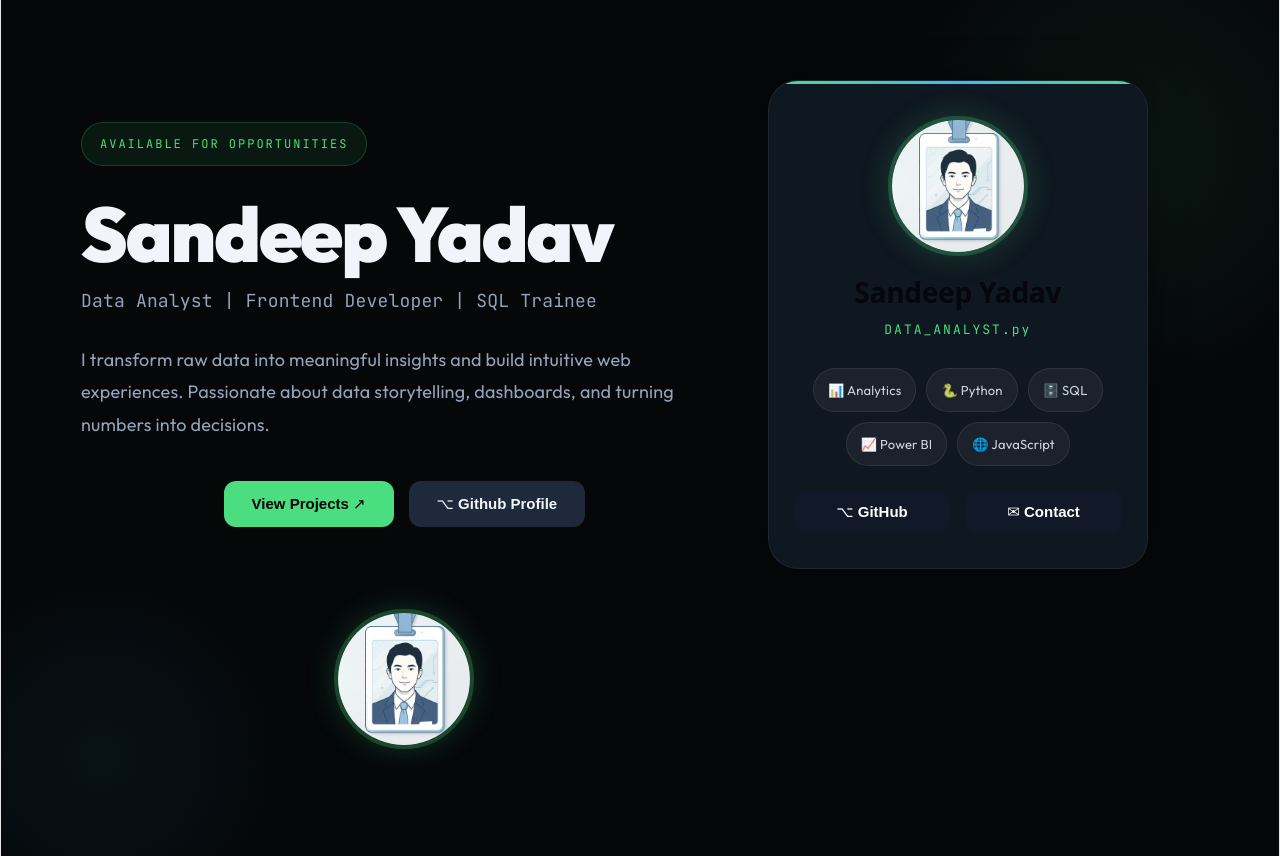
Repository: SandeepYadav18717/sandeepyadav
Page: / (app in Datanaltics_ portfolio/)
The author's editor kept a copy of each file at every save. The page is drawn from the files as they stood at one save, then again after a run of saves.
The browser window is 1280 px wide. The pictures show the whole page.
The project was rebuilt for these pictures with package versions that can differ from the ones it lists, and the page was loaded fresh each time. Also part of the build but not shown: Datanaltics_ portfolio/vite.config.js, Datanaltics_ portfolio/src/App.css.

Above is the page before, as saved 2026-05-23 05:11:31.

### Datanaltics_ portfolio/index.html
<!doctype html>
<html lang="en">
  <head>
    <meta charset="UTF-8" />
    <link rel="icon" type="image/svg+xml" href="/favicon.svg" />
    <meta name="viewport" content="width=device-width, initial-scale=1.0" />
    <title>javascript</title>
  </head>
  <body>
    <div id="root"></div>
    <script type="module" src="/src/main.jsx"></script>
  </body>
</html>

### Datanaltics_ portfolio/src/index.css
:root {
  --text: #6b6375;
  --text-h: #08060d;
  --bg: #fff;
  --border: #e5e4e7;
  --code-bg: #f4f3ec;
  --accent: #aa3bff;
  --accent-bg: rgba(170, 59, 255, 0.1);
  --accent-border: rgba(170, 59, 255, 0.5);
  --social-bg: rgba(244, 243, 236, 0.5);
  --shadow:
    rgba(0, 0, 0, 0.1) 0 10px 15px -3px, rgba(0, 0, 0, 0.05) 0 4px 6px -2px;

  --sans: system-ui, 'Segoe UI', Roboto, sans-serif;
  --heading: system-ui, 'Segoe UI', Roboto, sans-serif;
  --mono: ui-monospace, Consolas, monospace;

  font: 18px/145% var(--sans);
  letter-spacing: 0.18px;
  color-scheme: light dark;
  color: var(--text);
  background: var(--bg);
  font-synthesis: none;
  text-rendering: optimizeLegibility;
  -webkit-font-smoothing: antialiased;
  -moz-osx-font-smoothing: grayscale;

  @media (max-width: 1024px) {
    font-size: 16px;
  }
}

@media (prefers-color-scheme: dark) {
  :root {
    --text: #9ca3af;
    --text-h: #f3f4f6;
    --bg: #16171d;
    --border: #2e303a;
    --code-bg: #1f2028;
    --accent: #c084fc;
    --accent-bg: rgba(192, 132, 252, 0.15);
    --accent-border: rgba(192, 132, 252, 0.5);
    --social-bg: rgba(47, 48, 58, 0.5);
    --shadow:
      rgba(0, 0, 0, 0.4) 0 10px 15px -3px, rgba(0, 0, 0, 0.25) 0 4px 6px -2px;
  }

  #social .button-icon {
    filter: invert(1) brightness(2);
  }
}

body {
  margin: 0;
}

#root {
  width: 1126px;
  max-width: 100%;
  margin: 0 auto;
  text-align: center;
  border-inline: 1px solid var(--border);
  min-height: 100svh;
  display: flex;
  flex-direction: column;
  box-sizing: border-box;
}

h1,
h2 {
  font-family: var(--heading);
  font-weight: 500;
  color: var(--text-h);
}

h1 {
  font-size: 56px;
  letter-spacing: -1.68px;
  margin: 32px 0;
  @media (max-width: 1024px) {
    font-size: 36px;
    margin: 20px 0;
  }
}
h2 {
  font-size: 24px;
  line-height: 118%;
  letter-spacing: -0.24px;
  margin: 0 0 8px;
  @media (max-width: 1024px) {
    font-size: 20px;
  }
}
p {
  margin: 0;
}

code,
.counter {
  font-family: var(--mono);
  display: inline-flex;
  border-radius: 4px;
  color: var(--text-h);
}

code {
  font-size: 15px;
  line-height: 135%;
  padding: 4px 8px;
  background: var(--code-bg);
}

### Datanaltics_ portfolio/src/App.jsx
import { useState } from 'react'

// import heroImg from './assets/hero.png'
import './App.css'
import Button from './Components/button'
import Main_Page from './pages/Main.jsx'
function App() {
  const [count, setCount] = useState(0)

  return (
    <>
    <Main_Page />
     </>
  )}
export default App

### Datanaltics_ portfolio/src/Components/button.jsx
function Button({id, text, onClick }) {
  return (
    <button id={id}onClick={onClick} className="btn">
      {text}
    </button>
  );
}
export default Button;

### Datanaltics_ portfolio/src/pages/Main.jsx
import Button from "../Components/button";
import "../Css/Main.css";
import photo from "../assets/image.png";

function Main_Page() {

  return (

    <div className="main-page">

      {/* LEFT SECTION */}
      <div className="left-section">

        <div id="Heading_1">
          Available for opportunities
        </div>

        <div id="Name">
          Sandeep Yadav
        </div>

        <div id="Heading_2">
          Data Analyst | Frontend Developer | SQL Trainee
        </div>

        <p id="Description">
          I transform raw data into meaningful insights and build intuitive web
          experiences. Passionate about data storytelling, dashboards, and
          turning numbers into decisions.
        </p>

        <Button
          text="View Projects ↗"
          onClick={() =>
            window.open("https://github.com/SandeepYadav18717")
          }
        />
        <Button
    id="Github"
    text="⌥ Github Profile"
    onClick={() =>
      window.open("https://github.com/SandeepYadav18717")
    }
  />

      </div>
{/* RIGHT SECTION */}
<div className="profile-card">

  <img
    src={photo}
    alt="Profile"
    id="Photo"
  />

  <h2 className="profile-name">
    Sandeep Yadav
  </h2>

  <p className="profile-role">
    DATA_ANALYST.py
  </p>

  {/* SKILLS */}
  <div className="skill-tags">

    <span>📊 Analytics</span>

    <span>🐍 Python</span>

    <span>🗄️ SQL</span>

    <span>📈 Power BI</span>

    <span>🌐 JavaScript</span>

  </div>

  {/* BUTTONS */}
  <div className="profile-buttons">

    <button
      className="github-btn"
      onClick={() =>
        window.open(
          "https://github.com/SandeepYadav18717"
        )
      }
    >
      ⌥ GitHub
    </button>

    <button className="contact-btn">
      ✉ Contact
    </button>

  </div>

</div>

      <div className="photo">

        <img
          src={photo}
          alt="Profile"
          id="Photo"
        />

      </div>

    </div>

  );
}

export default Main_Page;

### Datanaltics_ portfolio/src/Css/Main.css
/* GOOGLE FONT */
@import url("https://fonts.googleapis.com/css2?family=Outfit:wght@300;400;500;700;900&family=JetBrains+Mono:wght@400;700&display=swap");

* {
    margin: 0;
    padding: 0;
    box-sizing: border-box;
}

html,
body,
#root {
    width: 100%;
    min-height: 100vh;
    overflow-x: hidden;
    background: #050709;
    color: #f1f5f9;
    font-family: "Outfit", sans-serif;
}

.main-page {
    min-height: 100vh;
    width: 100%;
    display: grid;
    grid-template-columns: 1.2fr 0.8fr;
    align-items: center;
    gap: 40px;
    padding: 80px;
    position: relative;
    overflow: hidden;
    background: #050709;
}

.main-page::before {
    content: "";
    position: absolute;
    width: 500px;
    height: 500px;
    top: -100px;
    right: -100px;
    border-radius: 50%;
    background: radial-gradient(circle,
            rgba(74, 222, 128, 0.08),
            transparent 70%);
    z-index: 0;
    pointer-events: none;
}

.main-page::after {
    content: "";
    position: absolute;
    width: 400px;
    height: 400px;
    bottom: -100px;
    left: -100px;
    border-radius: 50%;
    background: radial-gradient(circle,
            rgba(56, 189, 248, 0.06),
            transparent 70%);
    z-index: 0;
    pointer-events: none;
}

.main-page * {
    position: relative;
    z-index: 1;
}

.content-left {
    display: flex;
    flex-direction: column;
    justify-content: center;
    align-items: flex-start;
    text-align: left;
}

#Heading_1 {
    width: fit-content;
    background: rgba(74, 222, 128, 0.08);
    border: 1px solid rgba(74, 222, 128, 0.2);
    color: #4ade80;
    padding: 8px 18px;
    border-radius: 50px;
    font-size: 12px;
    font-family: "JetBrains Mono", monospace;
    letter-spacing: 2px;
    text-transform: uppercase;
    margin-bottom: 30px;
}

#Name {
    font-size: clamp(45px, 6vw, 90px);
    font-weight: 900;
    line-height: 1;
    letter-spacing: -2px;
    margin-bottom: 15px;
    word-break: break-word;
    text-align: left;
}

#Heading_2 {
    color: #94a3b8;
    font-size: 18px;
    font-family: "JetBrains Mono", monospace;
    margin-bottom: 30px;
    text-align: left;
}

#Description {
    max-width: 650px;
    color: #94a3b8;
    font-size: 18px;
    line-height: 1.8;
    margin-bottom: 40px;
    text-align: left;
}

.photo-container {
    display: flex;
    justify-content: center;
    align-items: center;
    width: 100%;
}

#Photo {
    width: 100%;
    max-width: 400px;
    height: auto;
    margin-left: 0%;
    aspect-ratio: 1/1;
    border-radius: 30px;
    object-fit: cover;
    box-shadow: 0 0 40px rgba(74, 222, 128, 0.2);
}

button {
    width: fit-content;
    background: #4ade80;
    color: black;
    border: none;
    border-radius: 12px;
    padding: 14px 28px;
    font-size: 15px;
    font-weight: 700;
    cursor: pointer;
    transition: 0.3s;
    margin-left: 0px;
}

button:hover {
    background: #86efac;
    transform: translateY(-3px);
    box-shadow: 0 10px 30px rgba(74, 222, 128, 0.3);
}

#Github {
    background: #1e293b;

    color: #f1f5f9;

    border: none;

    padding: 14px 28px;

    border-radius: 12px;
    font-size: 15px;

    font-weight: 700;

    cursor: pointer;

    transition: 0.3s;

    margin-left: 15px;
}

#Github:hover {
    background: #334155;

    transform: translateY(-3px);

    box-shadow: 0 10px 30px rgba(74, 222, 128, 0.2);
}

@media (max-width: 1024px) {
    .main-page {
        grid-template-columns: 1fr;
        gap: 40px;
        padding: 60px 40px;
    }

    .photo-container {
        justify-content: flex-start;
    }

    #Photo {
        max-width: 320px;
    }
}

@media (max-width: 768px) {
    .main-page {
        padding: 40px 20px;
    }

    #Name {
        font-size: 42px;
        letter-spacing: -1px;
    }

    #Heading_2 {
        font-size: 15px;
    }

    #Description {
        font-size: 16px;
    }

    button {
        width: 100%;
    }

    #Photo {
        max-width: 280px;
    }
}

/* RIGHT CARD */
.profile-card{

  width:100%;

  max-width:380px;

  background:#0f1720;

  border:1px solid rgba(255,255,255,0.06);

  border-radius:30px;

  padding:35px 25px;

  display:flex;

  flex-direction:column;

  align-items:center;

  justify-content:center;

  box-shadow:
  0 0 40px rgba(0,0,0,0.4);

  position:relative;

  overflow:hidden;
}

/* TOP GLOW LINE */
.profile-card::before{

  content:"";

  position:absolute;

  top:0;
  left:0;

  width:100%;
  height:3px;

  background:
  linear-gradient(
  90deg,
  #4ade80,
  #38bdf8,
  #4ade80
  );
}

/* IMAGE */
#Photo{

  width:140px;
  height:140px;

  border-radius:50%;

  object-fit:cover;

  border:4px solid rgba(74,222,128,0.3);

  margin-bottom:20px;

  box-shadow:
  0 0 30px rgba(74,222,128,0.2);
}

/* NAME */
.profile-name{

  font-size:28px;

  font-weight:800;

  margin-bottom:8px;
}

/* ROLE */
.profile-role{

  color:#4ade80;

  font-size:13px;

  font-family:'JetBrains Mono',monospace;

  letter-spacing:2px;

  margin-bottom:25px;
}

/* TAGS */
.skill-tags{

  display:flex;

  flex-wrap:wrap;

  justify-content:center;

  gap:10px;

  margin-bottom:25px;
}

/* SINGLE TAG */
.skill-tags span{

  background:rgba(255,255,255,0.05);

  border:1px solid rgba(255,255,255,0.08);

  padding:8px 14px;

  border-radius:50px;

  font-size:13px;

  color:#cbd5e1;
}

/* BUTTON GROUP */
.profile-buttons{

  width:100%;

  display:flex;

  gap:15px;
}

/* GITHUB BUTTON */
.github-btn{

  flex:1;

  background:#111827;

  color:white;

  border:none;

  padding:12px;

  border-radius:12px;

  font-weight:700;

  cursor:pointer;

  transition:0.3s;
}

.github-btn:hover{

  background:#1f2937;

  transform:translateY(-3px);
}

/* CONTACT BUTTON */
.contact-btn{

  flex:1;

  background:#111827;

  color:white;

  border:none;

  padding:12px;

  border-radius:12px;

  font-weight:700;

  cursor:pointer;

  transition:0.3s;
}

.contact-btn:hover{

  background:#1f2937;

  transform:translateY(-3px);
}

Loaded but not shown: Datanaltics_ portfolio/src/main.jsx (common file)

After the next 2 saves:
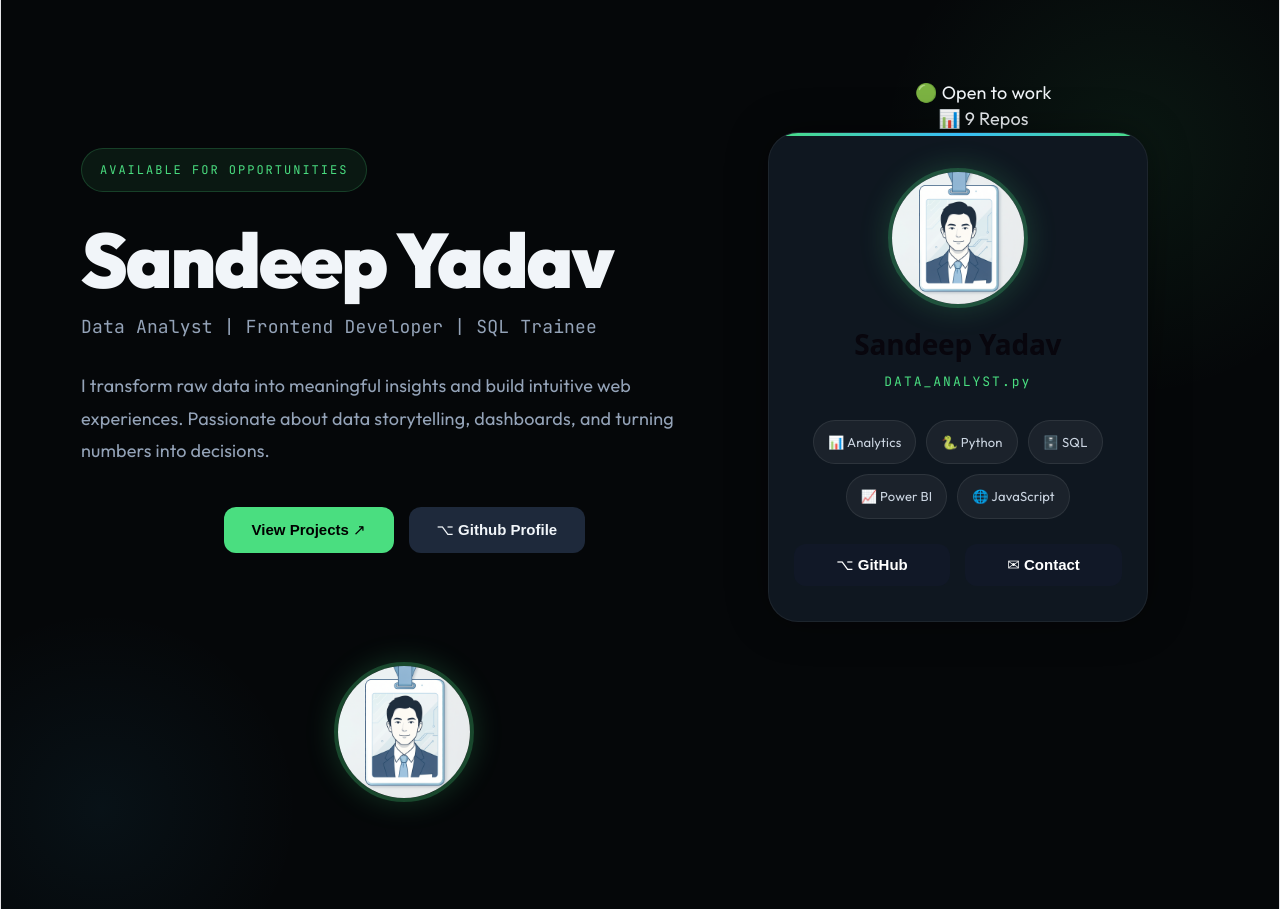
The 2 saves are shown as one change because they came seconds apart.
The last was saved 23 min 55 s later.
--- a/Datanaltics_ portfolio/src/pages/Main.jsx
+++ b/Datanaltics_ portfolio/src/pages/Main.jsx
@@ -45,54 +45,81 @@ function Main_Page() {
 
       </div>
 {/* RIGHT SECTION */}
-<div className="profile-card">
+<div className="profile-wrapper">
 
-  <img
-    src={photo}
-    alt="Profile"
-    id="Photo"
-  />
-
-  <h2 className="profile-name">
-    Sandeep Yadav
-  </h2>
-
-  <p className="profile-role">
-    DATA_ANALYST.py
-  </p>
-
-  {/* SKILLS */}
-  <div className="skill-tags">
-
-    <span>📊 Analytics</span>
-
-    <span>🐍 Python</span>
-
-    <span>🗄️ SQL</span>
-
-    <span>📈 Power BI</span>
-
-    <span>🌐 JavaScript</span>
-
+  {/* FLOATING BADGE 1 */}
+  <div className="floating-badge badge-top">
+    🟢 Open to work
   </div>
 
-  {/* BUTTONS */}
-  <div className="profile-buttons">
+  {/* FLOATING BADGE 2 */}
+  <div className="floating-badge badge-bottom">
+    📊 9 Repos
+  </div>
 
-    <button
-      className="github-btn"
-      onClick={() =>
-        window.open(
-          "https://github.com/SandeepYadav18717"
-        )
-      }
-    >
-      ⌥ GitHub
-    </button>
+  {/* PROFILE CARD */}
+  <div className="profile-card">
 
-    <button className="contact-btn">
-      ✉ Contact
-    </button>
+    {/* PROFILE IMAGE */}
+    <img
+      src={photo}
+      alt="Profile"
+      id="Photo"
+    />
+
+    {/* NAME */}
+    <h2 className="profile-name">
+      Sandeep Yadav
+    </h2>
+
+    {/* ROLE */}
+    <p className="profile-role">
+      DATA_ANALYST.py
+    </p>
+
+    {/* SKILLS */}
+    <div className="skill-tags">
+
+      <span>📊 Analytics</span>
+
+      <span>🐍 Python</span>
+
+      <span>🗄️ SQL</span>
+
+      <span>📈 Power BI</span>
+
+      <span>🌐 JavaScript</span>
+
+    </div>
+
+    {/* BUTTONS */}
+    <div className="profile-buttons">
+
+      {/* GITHUB */}
+      <button
+        className="github-btn"
+        onClick={() =>
+          window.open(
+            "https://github.com/SandeepYadav18717"
+          )
+        }
+      >
+        ⌥ GitHub
+      </button>
+
+      {/* CONTACT */}
+      <button
+        className="contact-btn"
+        onClick={() =>
+          window.open(
+            "https://linkedin.com"
+          )
+        }
+      >
+        ✉ Contact
+      </button>
+
+    </div>
 
   </div>
 
